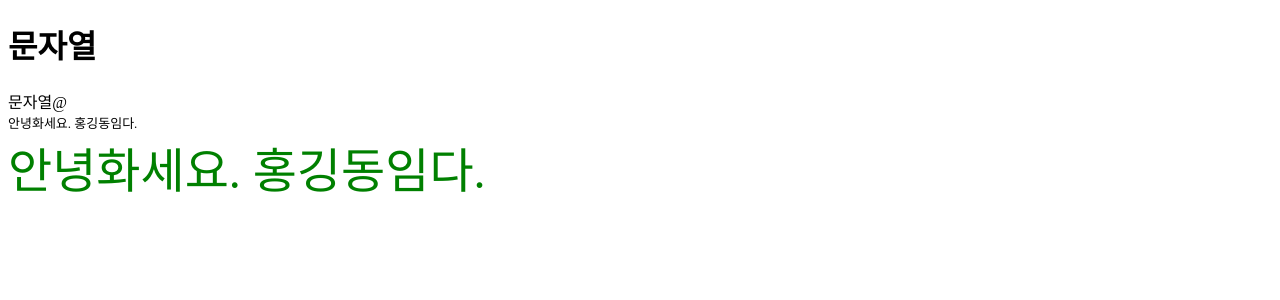
Repository: dnjs0/HCJ
Page: ClientTest/src/main/webapp/ex07_font.html
The author's editor kept a copy of each file at every save. The page is drawn from the files as they stood at one save, then again after the next save.
The browser window is 1280 px wide. The pictures show the whole page.

Above is the page before, as saved 2025-02-11 00:40:57.

### ClientTest/src/main/webapp/ex07_font.html
<!DOCTYPE html>
<html lang="ko">
<head>
	<meta charset="UTF-8">
	<title>Insert title here</title>
</head>
<body>

	<!--
	   ex07_font.html

	   <font> ㅌ태그
	   - 텍스트릐 크기와 색상, 글꼴을 지정하는 태그
	   - 서식 태그> 시각적 효과를 가지는 태그 > CSS로 대체 되었다.(하지만 공부해야함)
	   - 의미(X)


	   font.size
	   - 글꼴 크기
	   - 1~7

	   font.color
	   - 전경색



	 -->
	<h1>문자열</h1>
	<font>문자열@</font>
	<br>
	<font size="2">안녕화세요. 홍깅동임다.</font>
	<br>
	<font size = "7" color = "green">안녕화세요. 홍깅동임다.</font>




</body>
</html>

After the next save:
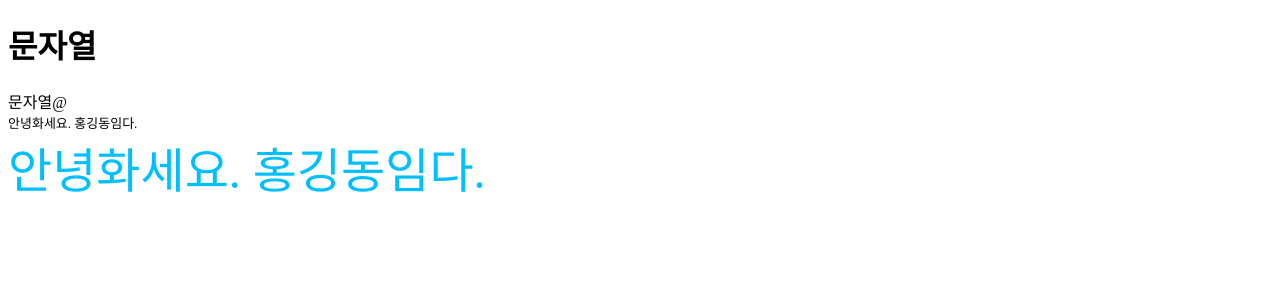
Saved 37 min 52 s later.
--- a/ClientTest/src/main/webapp/ex07_font.html
+++ b/ClientTest/src/main/webapp/ex07_font.html
@@ -30,7 +30,7 @@
 	<br>
 	<font size="2">안녕화세요. 홍깅동임다.</font>
 	<br>
-	<font size = "7" color = "green">안녕화세요. 홍깅동임다.</font>
+	<font size = "7" color = "Deepskyblue">안녕화세요. 홍깅동임다.</font>
 
 
 
